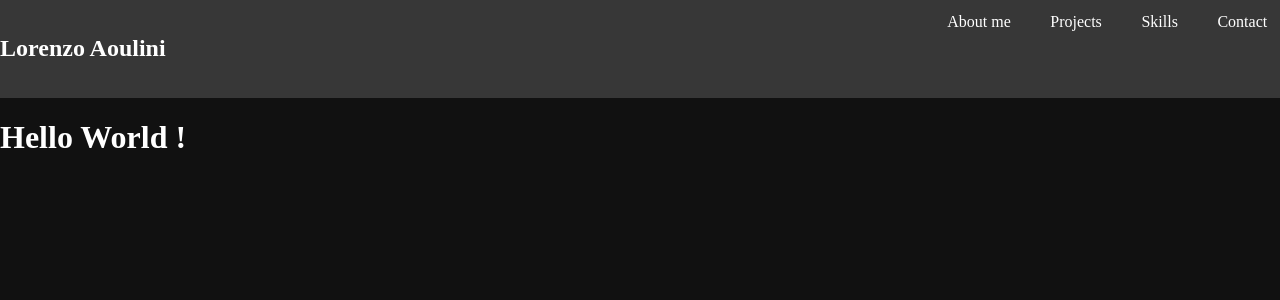
Repository: lolo298/lolo298.github.io
Page: index.html
An editor plug-in stored every save of this project. The page is shown before and after the next save, followed by the edit.
The browser window is 1280 px wide. The pictures show the whole page.

Above is the page before, as saved 2022-05-09 17:32:11.

### index.html
<!DOCTYPE html>
<html lang="en">

<head>
    <meta charset="UTF-8">
    <meta http-equiv="X-UA-Compatible" content="IE=edge">
    <meta name="viewport" content="width=device-width, initial-scale=1.0">
    <link rel="stylesheet" href="css/style.css">
    <title>Portfolio</title>
</head>

<body>
    <div class="main-container">
        <nav class="main-navbar">
            <h1>Lorenzo Aoulini</h1>
            <div class="main-navbar-list">
                <a class="main-navbar-item" href="#">About me</a>
                <a class="main-navbar-item" href="#">Projects</a>
                <a class="main-navbar-item" href="#">Skills</a>
                <a class="main-navbar-item" href="#">Contact</a>
            </div>
        </nav>
        <h1>Hello World !</h1>

    </div>

</body>

</html>

### css/style.css
html {
    background-color: #111111;
}

body {
    padding: 0;
    margin: 0;
    width: 100vw;
    height: 100vh;
}

.main-container {
    color: white;
    height: 100%;
    width: 100%;
}

.main-navbar {
    background-color: #373737;
    height: 10%;
    width: 100%;
    display: flex;
    justify-content: space-between;
    align-items: center;
    padding: 1% 0% 1% 0%;
}

.main-navbar>* {
    margin: 0;
}

.main-navbar-list {
    width: 25%;
    display: flex;
    flex-direction: row;
    align-items: center;
    justify-content: space-between;
    list-style: none;
    margin-right: 1%;
    height: 100%;
}

.main-navbar-item {
    vertical-align: middle;
    text-decoration: none;
    color: white;
    width: max-content;
    height: 100%;
    padding: 1% 0% 1% 0%;
}

.main-navbar-item:hover {
    background-color: #6A6A6A;
}

After the next save:
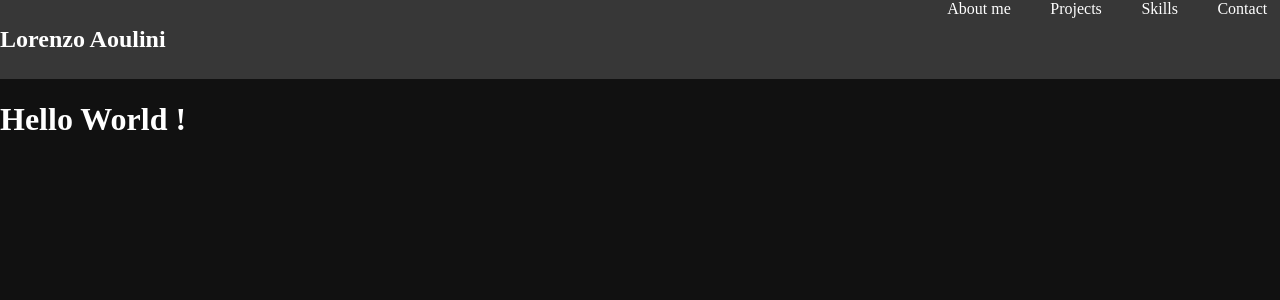
Saved 35 s later.
--- a/css/style.css
+++ b/css/style.css
@@ -17,12 +17,11 @@ body {
 
 .main-navbar {
     background-color: #373737;
-    height: 10%;
+    height: 11%;
     width: 100%;
     display: flex;
     justify-content: space-between;
     align-items: center;
-    padding: 1% 0% 1% 0%;
 }
 
 .main-navbar>* {
